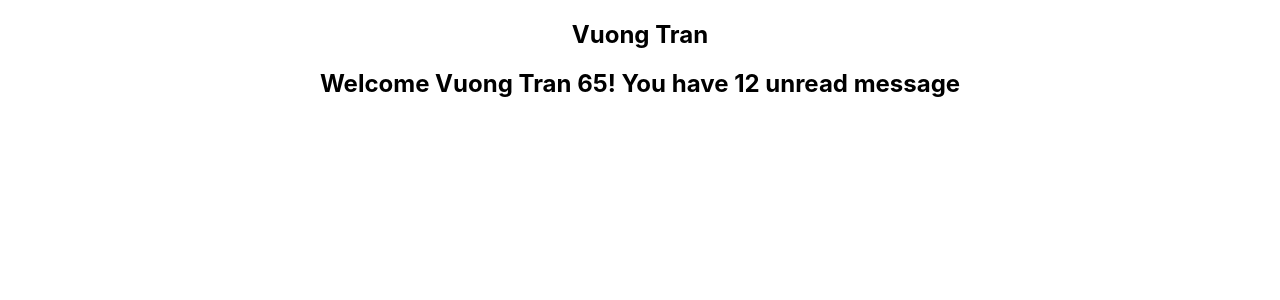
Repository: vuongtm1999/ALTA-exercise-1
Page: /
An editor plug-in stored every save of this project. The page is shown before and after the next save, followed by the edit.
The browser window is 1280 px wide. The pictures show the whole page.
The project was rebuilt for these pictures with package versions that can differ from the ones it lists, and the page was loaded fresh each time.

Above is the page before, as saved 2022-10-24 16:25:30.

After the next save:
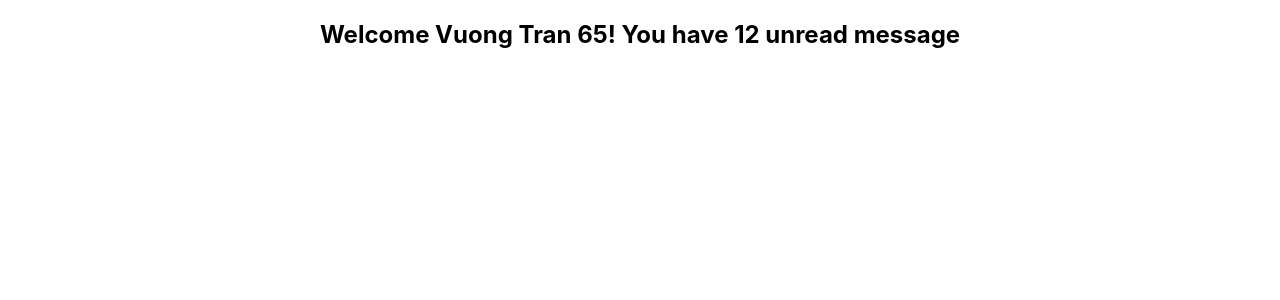
Saved 44 s later.
--- a/src/components/Person.tsx
+++ b/src/components/Person.tsx
@@ -1,14 +1,14 @@
 type PersonProps = {
     name: {
-        firstName: string
-        lastName: string
+        firstNa: string
+        lastNa: string
     }
 }
 
 
 function Person(props: PersonProps) {
     return (
-        <h2>{props.name.firstName} {props.name.lastName}</h2>
+        <h2>{props.name.firstNa} {props.name.lastNa}</h2>
      );
 }
 
